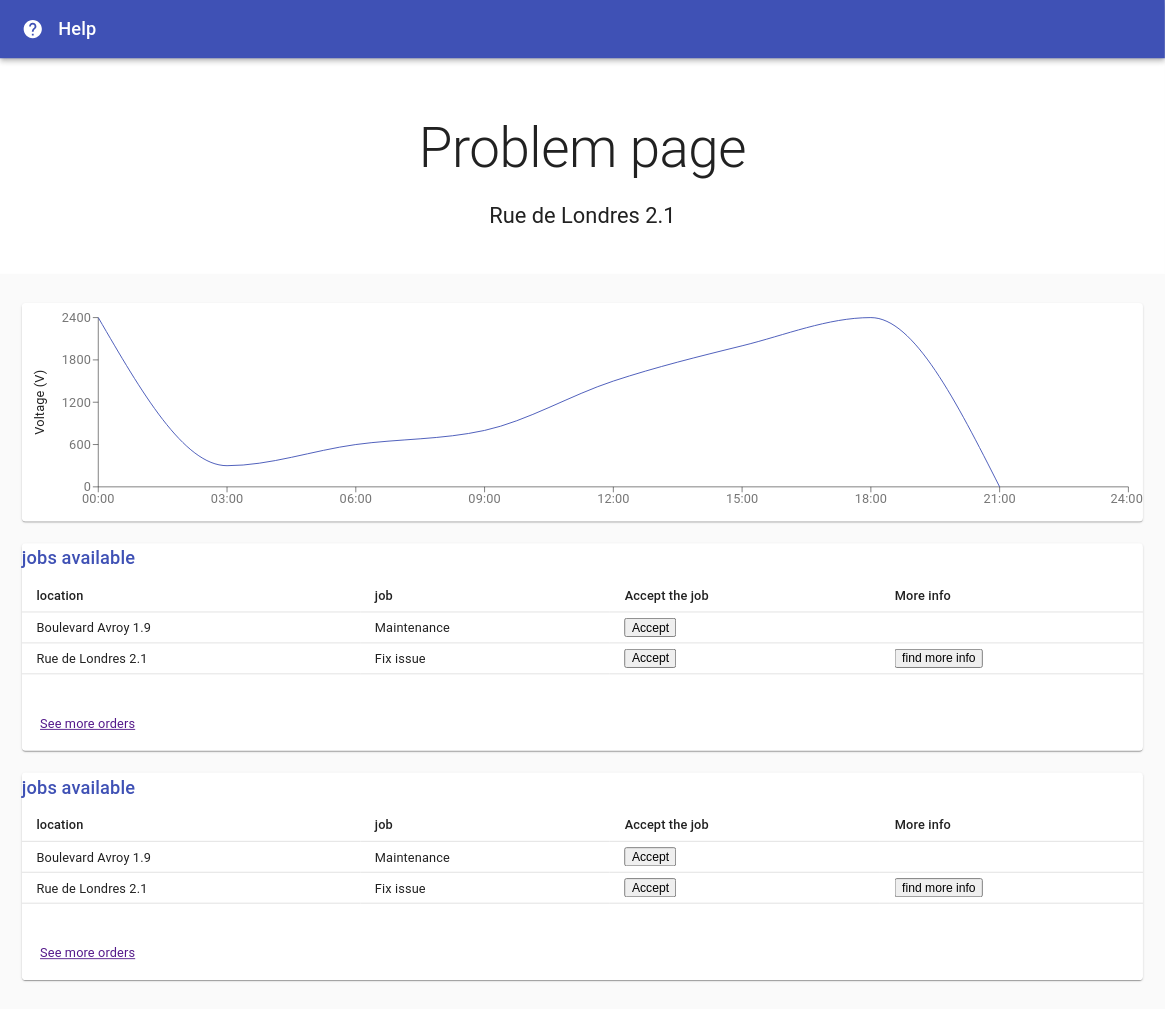
Repository: sapbrussels/intelligenthighway_webapp
Page: /Problempage (app in router/)
An editor plug-in stored every save of this project. The page is shown before and after the next save, followed by the edit.
The browser window is 1280 px wide. The pictures show the whole page, at 91% of full size.
The project was rebuilt for these pictures with package versions that can differ from the ones it lists, and the page was loaded fresh each time. Also part of the build but not shown: router/src/App.css, router/src/Login.js, router/src/Maps.js, router/src/Jobspage.js, router/src/Direction.js, router/src/Maintenance.js, router/src/Help.js.

Above is the page before, as saved 2020-03-31 15:12:10.

After the next save:
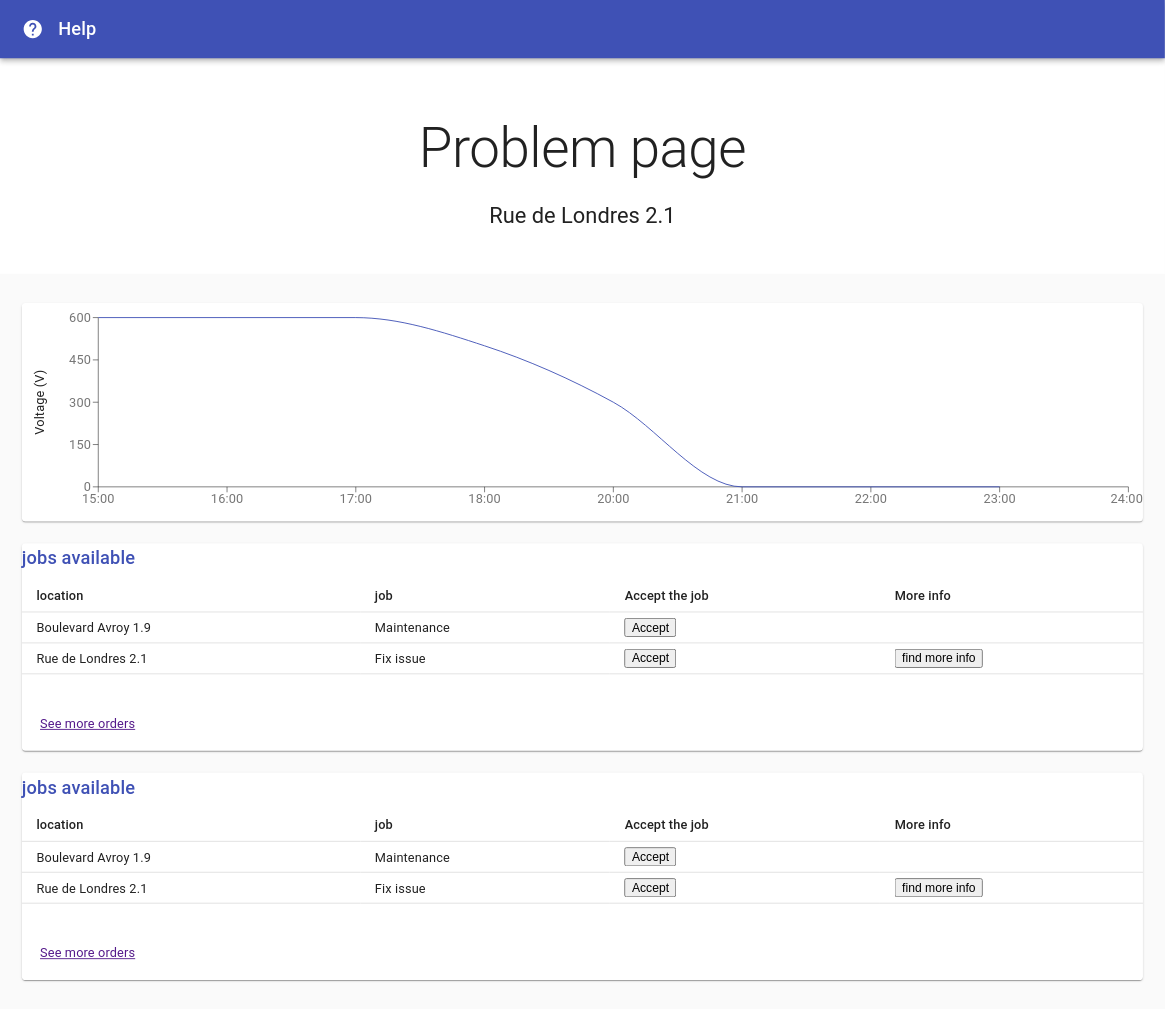
Saved 6 min 19 s later.
--- a/router/src/Voltage.js
+++ b/router/src/Voltage.js
@@ -9,14 +9,14 @@ function createData(time, amount) {
 }
 
 const data = [
-  createData('00:00', 2400),
-  createData('03:00', 300),
-  createData('06:00', 600),
-  createData('09:00', 800),
-  createData('12:00', 1500),
-  createData('15:00', 2000),
-  createData('18:00', 2400),
+  createData('15:00', 600),
+  createData('16:00', 600),
+  createData('17:00', 600),
+  createData('18:00', 500),
+  createData('20:00', 300),
   createData('21:00', 0),
+  createData('22:00', 0),
+  createData('23:00', 0),
   createData('24:00', undefined),
 ];
 
@@ -25,7 +25,6 @@ export default function Chart() {
 
   return (
     <React.Fragment>
-
       <ResponsiveContainer>
         <LineChart
           data={data}
